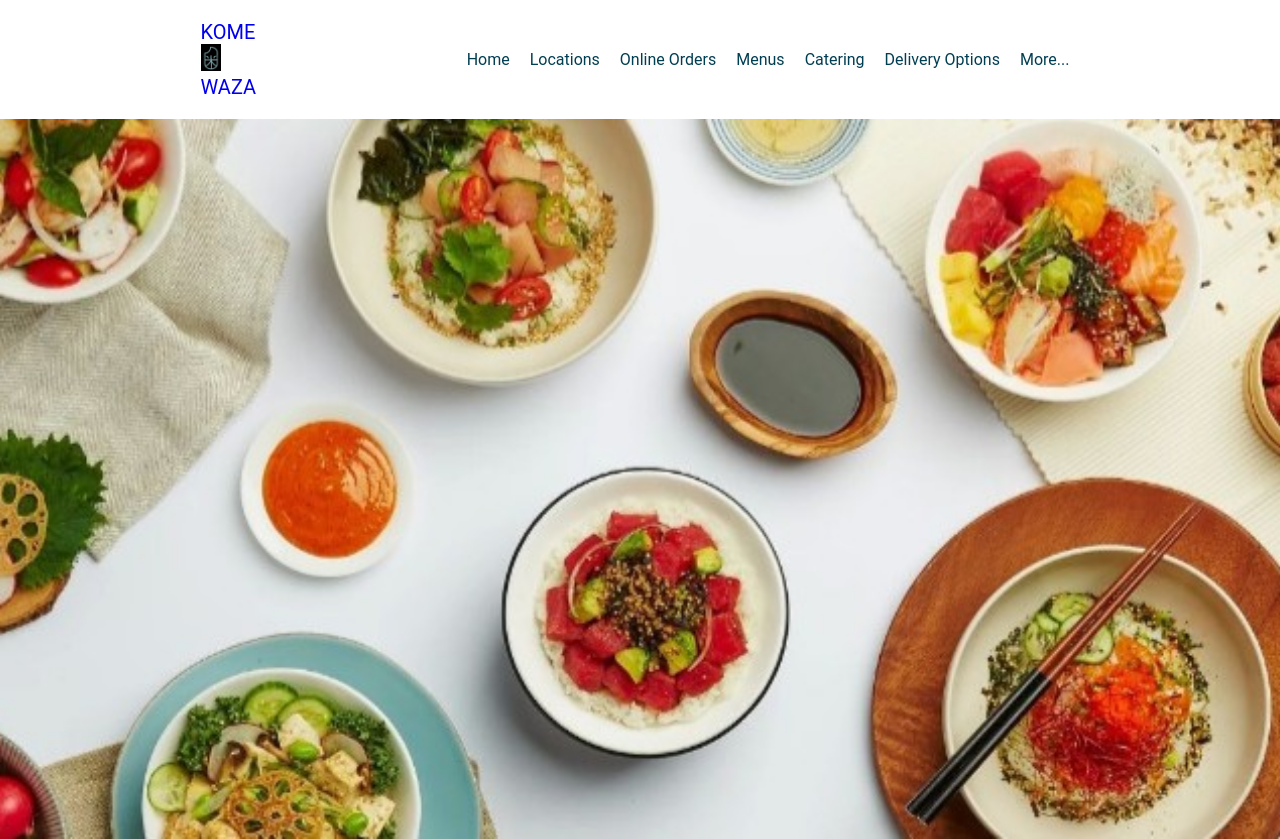
Repository: ypiard85/kome-waza
Page: index.html
These files come from the project's save history. The page is drawn as it stood at one moment and after the next save; the edit follows.
The browser window is 1280 px wide. The pictures show the whole page.

Above is the page before, as saved 2021-02-23 10:17:33.

After the next save:
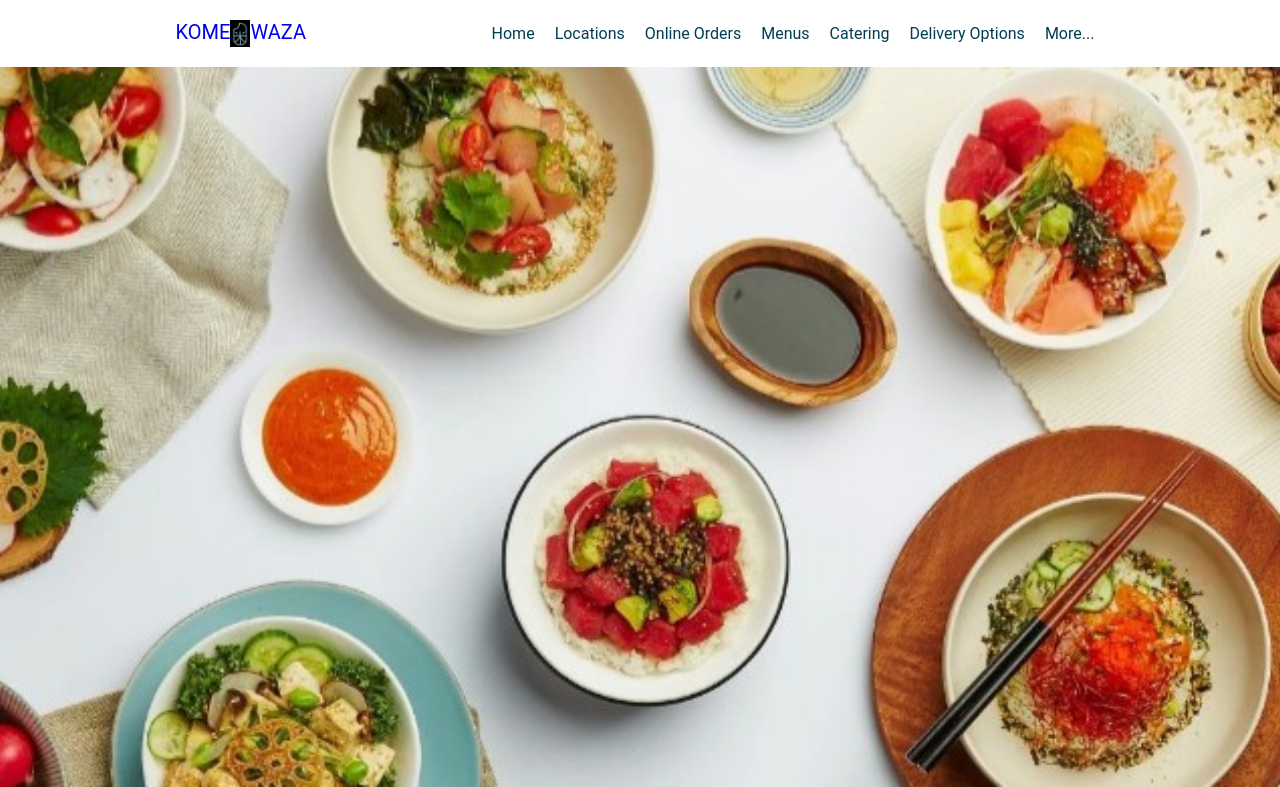
Saved 30 s later.
--- a/style.css
+++ b/style.css
@@ -31,6 +31,10 @@
     font-size: 20px;
 }
 
+.nav_logo a{
+    display: flex;
+}
+
 .nav_link{
     display: flex;
 }
